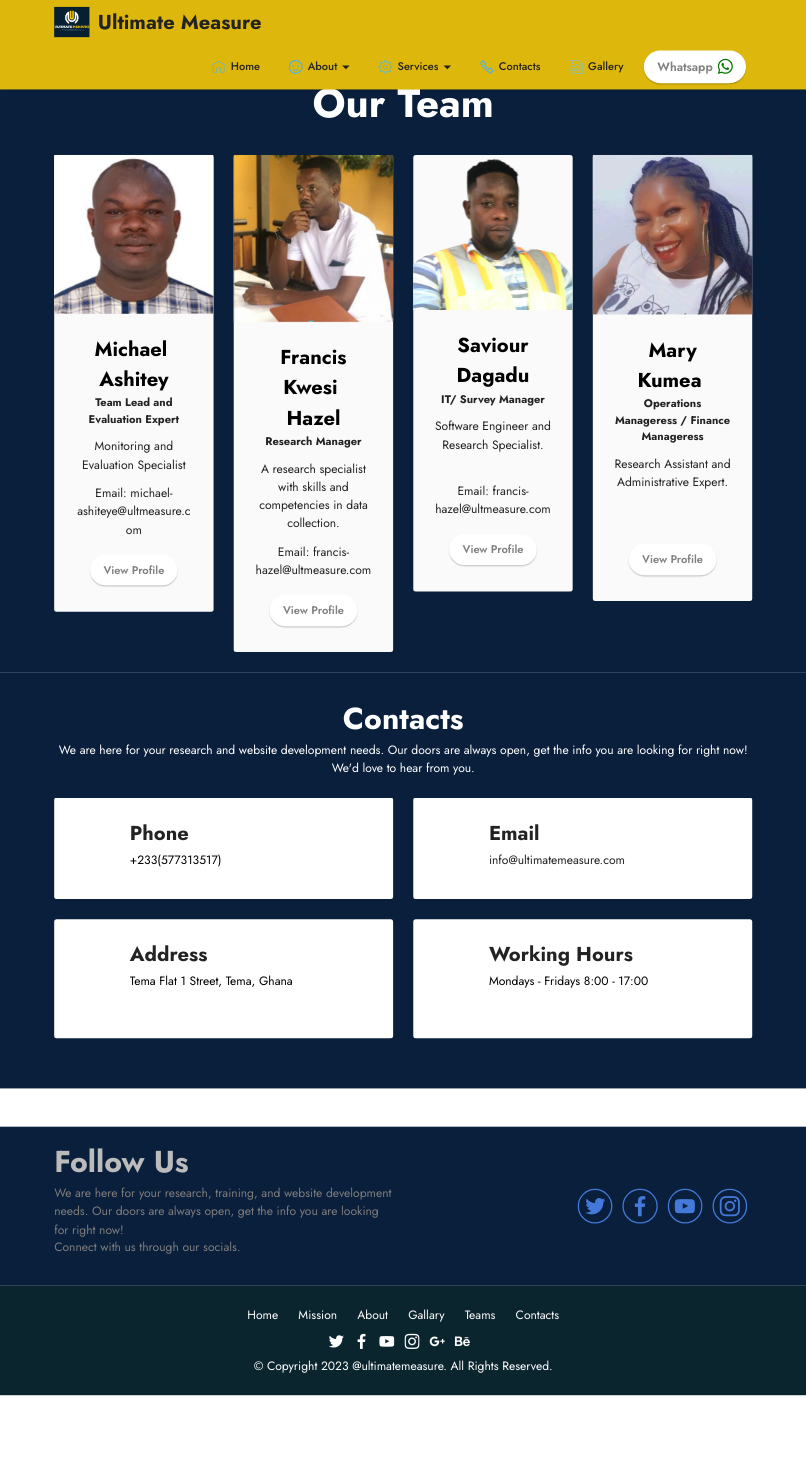
Repository: Saviour-Dagadu/ultMeasure
Page: page11.html
The author's editor kept a copy of each file at every save. The page is drawn from the files as they stood at one save, then again after the next save.
The browser window is 1280 px wide. The pictures show the whole page, at 63% of full size.

Above is the page before, as saved 2023-07-19 03:34:53.

### page11.html
<!DOCTYPE html>
<html  >
<head>
  <!-- Site made with Mobirise Website Builder v5.6.13, https://mobirise.com -->
  <meta charset="UTF-8">
  <meta http-equiv="X-UA-Compatible" content="IE=edge">
  <meta name="generator" content="Mobirise v5.6.13, mobirise.com">
  <meta name="twitter:card" content="summary_large_image"/>
  <meta name="twitter:image:src" content="assets/images/page11-meta.jpg">
  <meta property="og:image" content="assets/images/page11-meta.jpg">
  <meta name="twitter:title" content="ourTeam">
  <meta name="viewport" content="width=device-width, initial-scale=1, minimum-scale=1">
  <link rel="shortcut icon" href="assets/images/ultimate-logo-1.jpeg" type="image/x-icon">
  <meta name="description" content="">


  <title>ourTeam</title>
  <link rel="stylesheet" href="assets/web/assets/mobirise-icons2/mobirise2.css">
  <link rel="stylesheet" href="assets/web/assets/mobirise-icons/mobirise-icons.css">
  <link rel="stylesheet" href="assets/bootstrap/css/bootstrap.min.css">
  <link rel="stylesheet" href="assets/bootstrap/css/bootstrap-grid.min.css">
  <link rel="stylesheet" href="assets/bootstrap/css/bootstrap-reboot.min.css">
  <link rel="stylesheet" href="assets/animatecss/animate.css">
  <link rel="stylesheet" href="assets/dropdown/css/style.css">
  <link rel="stylesheet" href="assets/socicon/css/styles.css">
  <link rel="stylesheet" href="assets/theme/css/style.css">
  <link rel="preload" href="https://fonts.googleapis.com/css?family=Jost:100,200,300,400,500,600,700,800,900,100i,200i,300i,400i,500i,600i,700i,800i,900i&display=swap" as="style" onload="this.onload=null;this.rel='stylesheet'">
  <noscript><link rel="stylesheet" href="https://fonts.googleapis.com/css?family=Jost:100,200,300,400,500,600,700,800,900,100i,200i,300i,400i,500i,600i,700i,800i,900i&display=swap"></noscript>
  <link rel="preload" as="style" href="assets/mobirise/css/mbr-additional.css"><link rel="stylesheet" href="assets/mobirise/css/mbr-additional.css" type="text/css">




</head>
<body>

  <section data-bs-version="5.1" class="team1 cid-tyizsyTRnW" id="team1-2v">


    <br><br><br><br>
    <div class="container">
        <div class="row justify-content-center">
            <div class="col-12">
                <h3 class="mbr-section-title1 mbr-fonts-style align-center mb-5 display-1"><strong>Our Team</strong>
                </h3>

            </div>
            <div class="col-sm-6 col-lg-3">
                <div class="card-wrap">
                    <div class="image-wrap">
                        <img src="assets/images/michael-ashitey-2-413x531.jpeg" alt="Mobirise Website Builder">
                    </div>
                    <div class="content-wrap">
                        <h5 class="mbr-section-title card-title mbr-fonts-style align-center m-0 display-5"><strong>Michael&nbsp; Ashitey</strong></h5>
                        <h6 class="mbr-role mbr-fonts-style align-center mb-3 display-4"><strong>Team Lead and Evaluation Expert</strong></h6>
                        <p class="card-text mbr-fonts-style align-center display-7">Monitoring and Evaluation Specialist<br></p>
                        <p class="card-text mbr-fonts-style align-center display-7">Email: michael-ashiteye@ultmeasure.com<br></p>

                        <div class="mbr-section-btn card-btn align-center"><a class="btn btn-primary display-4" href="page1.html#team2-7">View
                                Profile</a></div>
                    </div>
                </div>
            </div>

            <div class="col-sm-6 col-lg-3">
                <div class="card-wrap">
                    <div class="image-wrap">
                        <img src="assets/images/5a183644-2759-44f6-8364-9d7925e9172f.jpg" alt="Mobirise Website Builder">
                    </div>
                    <div class="content-wrap">
                        <h5 class="mbr-section-title card-title mbr-fonts-style align-center m-0 display-5"><strong>Francis Kwesi&nbsp; Hazel</strong></h5>
                        <h6 class="mbr-role mbr-fonts-style align-center mb-3 display-4"><strong>Research Manager</strong></h6>
                        <p class="card-text mbr-fonts-style align-center display-7">A research specialist with skills and competencies in data collection.<br>
                        </p>
                        <p class="card-text mbr-fonts-style align-center display-7">Email: francis-hazel@ultmeasure.com<br></p>

                        <div class="mbr-section-btn card-btn align-center"><a class="btn btn-primary display-4" href="page3.html#team2-b">View
                                Profile</a></div>
                    </div>
                </div>
            </div>

            <div class="col-sm-6 col-lg-3">
                <div class="card-wrap">
                    <div class="image-wrap">
                        <img src="assets/images/savic-3.png" alt="Mobirise Website Builder">
                    </div>
                    <div class="content-wrap">
                        <h5 class="mbr-section-title card-title mbr-fonts-style align-center m-0 display-5"><strong>Saviour Dagadu</strong></h5>
                        <h6 class="mbr-role mbr-fonts-style align-center mb-3 display-4"><strong>IT/ Survey Manager</strong></h6>
                        <p class="card-text mbr-fonts-style align-center display-7">
                            Software Engineer and Research Specialist.<br><br>
                        </p>
                        <p class="card-text mbr-fonts-style align-center display-7">Email: francis-hazel@ultmeasure.com<br></p>

                        <div class="mbr-section-btn card-btn align-center"><a class="btn btn-primary display-4" href="page4.html#team2-e">View
                                Profile</a></div>
                    </div>
                </div>
            </div>

            <div class="col-sm-6 col-lg-3">
                <div class="card-wrap">
                    <div class="image-wrap">
                        <img src="assets/images/21c33b11-4f26-42b3-be18-20bef8bdf8b3.jpg" alt="Mobirise Website Builder">
                    </div>
                    <div class="content-wrap">
                        <h5 class="mbr-section-title card-title mbr-fonts-style align-center m-0 display-5"><strong>Mary Kumea&nbsp;</strong></h5>
                        <h6 class="mbr-role mbr-fonts-style align-center mb-3 display-4">
                            <strong>Operations Manageress / Finance Manageress</strong></h6>
                        <p class="card-text mbr-fonts-style align-center display-7">
                            Research Assistant and Administrative Expert.<br><br><br>
                        </p>

                        <div class="mbr-section-btn card-btn align-center"><a class="btn btn-primary display-4" href="page5.html#team2-h">View
                                Profile</a></div>
                    </div>
                </div>
            </div>
        </div>
    </div>
</section>

<section data-bs-version="5.1" class="contacts2 cid-tyizsCEZmS" id="contacts2-30">
    <!---->


    <div class="container">
        <div class="mbr-section-head">
            <h3 class="mbr-section-title mbr-fonts-style align-center mb-0 display-2">
                <strong>Contacts</strong>
            </h3>
            <h4 class="mbr-section-subtitle mbr-fonts-style align-center mb-0 mt-2 display-7">We are here for your research and website development needs. Our doors are always open, get the info you are looking for right now!<br>We'd love to hear from you.</h4>
        </div>
        <div class="row justify-content-center mt-4">
            <div class="card col-12 col-md-6">
                <div class="card-wrapper">
                    <div class="image-wrapper">
                        <span class="mbr-iconfont mobi-mbri-phone mobi-mbri"></span>
                    </div>
                    <div class="text-wrapper">
                        <h6 class="card-title mbr-fonts-style mb-1 display-5">
                            <strong>Phone</strong>
                        </h6>
                        <p class="mbr-text mbr-fonts-style display-7">+233(577313517)&nbsp;</p>
                    </div>
                </div>
            </div>
            <div class="card col-12 col-md-6">
                <div class="card-wrapper">
                    <div class="image-wrapper">
                        <span class="mbr-iconfont mobi-mbri-letter mobi-mbri"></span>
                    </div>
                    <div class="text-wrapper">
                        <h6 class="card-title mbr-fonts-style mb-1 display-5">
                            <strong>Email</strong>
                        </h6>
                        <p class="mbr-text mbr-fonts-style display-7">
                            <a href="mailto:info@site.com" class="text-black">info@ultimatemeasure.com</a>
                        </p>
                    </div>
                </div>
            </div>
            <div class="card col-12 col-md-6">
                <div class="card-wrapper">
                    <div class="image-wrapper">
                        <span class="mbr-iconfont mobi-mbri-globe mobi-mbri"></span>
                    </div>
                    <div class="text-wrapper">
                        <h6 class="card-title mbr-fonts-style mb-1 display-5">
                            <strong>Address</strong>
                        </h6>
                        <p class="mbr-text mbr-fonts-style display-7">Tema Flat 1 Street, Tema, Ghana</p>
                    </div>
                </div>
            </div>
            <div class="card col-12 col-md-6">
                <div class="card-wrapper">
                    <div class="image-wrapper">
                        <span class="mbr-iconfont mobi-mbri-bulleted-list mobi-mbri"></span>
                    </div>
                    <div class="text-wrapper">
                        <h6 class="card-title mbr-fonts-style mb-1 display-5">
                            <strong>Working Hours</strong>
                        </h6>
                        <p class="mbr-text mbr-fonts-style display-7">Mondays - Fridays 8:00 - 17:00<br><br></p>
                    </div>
                </div>
            </div>
        </div>
    </div>
</section>

<section data-bs-version="5.1" class="menu menu2 cid-tyiJ5LKivl" once="menu" id="menu2-3p">

    <nav class="navbar navbar-dropdown navbar-fixed-top navbar-expand-lg">
        <div class="container">
            <div class="navbar-brand">
                <span class="navbar-logo">
                    <a href="index.html#header14-1f">
                        <img src="assets/images/ultimate-logo-1.jpeg" alt="Mobirise Website Builder" style="height: 3rem;">
                    </a>
                </span>
                <span class="navbar-caption-wrap"><a class="navbar-caption text-black text-primary display-5" href="index.html#header14-1f">Ultimate Measure<br></a></span>
            </div>
            <button class="navbar-toggler" type="button" data-toggle="collapse" data-bs-toggle="collapse" data-target="#navbarSupportedContent" data-bs-target="#navbarSupportedContent" aria-controls="navbarNavAltMarkup" aria-expanded="false" aria-label="Toggle navigation">
                <div class="hamburger">
                    <span></span>
                    <span></span>
                    <span></span>
                    <span></span>
                </div>
            </button>
            <div class="collapse navbar-collapse" id="navbarSupportedContent">
                <ul class="navbar-nav nav-dropdown" data-app-modern-menu="true"><li class="nav-item"><a class="nav-link link text-black text-primary display-4" href="index.html#header14-1f"><span class="mbri-home mbr-iconfont mbr-iconfont-btn" style="color: rgb(71, 181, 237);"></span>Home</a></li>
                    <li class="nav-item dropdown"><a class="nav-link link text-black dropdown-toggle display-4" href="index.html#header14-1j" data-toggle="dropdown-submenu" data-bs-toggle="dropdown" data-bs-auto-close="outside" aria-expanded="false"><span class="mobi-mbri mobi-mbri-smile-face mbr-iconfont mbr-iconfont-btn" style="color: rgb(71, 181, 237);"></span>About</a><div class="dropdown-menu" aria-labelledby="dropdown-980"><a class="text-black dropdown-item text-primary display-4" href="page10.html">About Us</a><a class="text-black show dropdown-item text-primary display-4" href="page12.html">Mission</a><a class="text-black dropdown-item text-primary display-4" href="page12.html">Vission</a><a class="text-black show dropdown-item text-primary display-4" href="page11.html">Our Team</a></div></li>
                    <li class="nav-item dropdown"><a class="nav-link link text-black text-primary dropdown-toggle display-4" href="page6.html" data-toggle="dropdown-submenu" data-bs-toggle="dropdown" data-bs-auto-close="outside" aria-expanded="false"><span class="mbri-setting3 mbr-iconfont mbr-iconfont-btn" style="color: rgb(71, 181, 237);"></span>Services</a><div class="dropdown-menu" aria-labelledby="dropdown-109"><a class="text-black text-primary show dropdown-item display-4" href="page6.html">Our Services</a><a class="text-black text-primary dropdown-item display-4" href="page13.html">Training</a><a class="text-black text-primary show dropdown-item display-4" href="page13.html">Research</a></div></li><li class="nav-item"><a class="nav-link link text-black text-primary display-4" href="page7.html"><span class="mobi-mbri mobi-mbri-phone mbr-iconfont mbr-iconfont-btn" style="color: rgb(71, 181, 237);"></span>Contacts</a></li><li class="nav-item"><a class="nav-link link text-black text-primary display-4" href="page9.html"><span class="mbri-photos mbr-iconfont mbr-iconfont-btn" style="color: rgb(110, 199, 242);"></span>Gallery</a></li></ul>

                <div class="navbar-buttons mbr-section-btn"><a class="btn btn-primary display-7" href="https://wa.me/233577313517"><span class="socicon socicon-whatsapp mbr-iconfont mbr-iconfont-btn" style="color: rgb(10, 119, 5);"></span>Whatsapp</a></div>
            </div>
        </div>
    </nav>
</section>

<section data-bs-version="5.1" class="contacts4 cid-tyiT0qkMQG" id="contacts4-3r">





    <div class="container">
        <div class="row align-items-center justify-content-center">
            <div class="text-content col-12 col-md-6">
                <h2 class="mbr-section-title mbr-fonts-style display-2">
                    <strong>Follow Us</strong>
                </h2>
                <p class="mbr-text mbr-fonts-style display-7">We are here for your research, training, and website development needs. Our doors are always open, get the info you are looking for right now!
<br>Connect with us through our socials.<br></p>
            </div>
            <div class="icons d-flex align-items-center col-12 col-md-6 justify-content-end mt-md-0 mt-2 flex-wrap">
                <a href="https://twitter.com/ultmeasure" target="_blank">
                    <span class="mbr-iconfont mbr-iconfont-social socicon-twitter socicon"></span>
                </a>
                <a href="https://web.facebook.com/ultimatemeasure" target="_blank">
                    <span class="mbr-iconfont mbr-iconfont-social socicon-facebook socicon"></span>
                </a>
                <a href="https://www.youtube.com" target="_blank">
                    <span class="mbr-iconfont mbr-iconfont-social socicon-youtube socicon"></span>
                </a>
                <a href="https://instagram.com" target="_blank">
                    <span class="mbr-iconfont mbr-iconfont-social socicon-instagram socicon"></span>
                </a>






            </div>
        </div>
    </div>

</section>

<section data-bs-version="5.1" class="footer3 cid-tyiUsSvvE8" once="footers" id="footer3-3x">





    <div class="container-fluid">
        <div class="row align-center mbr-white">
            <div class="row row-links">
                <ul class="foot-menu">





                <li class="foot-menu-item mbr-fonts-style display-7"><a href="index.html#header14-1f" class="text-white text-primary">Home</a></li><li class="foot-menu-item mbr-fonts-style display-7"><a href="page12.html" class="text-primary">Mission</a></li><li class="foot-menu-item mbr-fonts-style display-7"><a href="page10.html" class="text-white text-primary">About</a></li><li class="foot-menu-item mbr-fonts-style display-7"><a href="page9.html" class="text-primary">Gallary</a></li><li class="foot-menu-item mbr-fonts-style display-7"><a href="page11.html" class="text-white text-primary">Teams</a></li><li class="foot-menu-item mbr-fonts-style display-7"><a href="page7.html" class="text-white text-primary">Contacts</a></li></ul>
            </div>
            <div class="row social-row">
                <div class="social-list align-right pb-2">






                <div class="soc-item">
                        <a href="https://twitter.com/ultmeasure" target="_blank">
                            <span class="mbr-iconfont mbr-iconfont-social socicon-twitter socicon"></span>
                        </a>
                    </div><div class="soc-item">
                        <a href="https://www.facebook.com" target="_blank">
                            <span class="mbr-iconfont mbr-iconfont-social socicon-facebook socicon"></span>
                        </a>
                    </div><div class="soc-item">
                        <a href="https://www.youtube.com" target="_blank">
                            <span class="mbr-iconfont mbr-iconfont-social socicon-youtube socicon"></span>
                        </a>
                    </div><div class="soc-item">
                        <a href="https://instagram.com" target="_blank">
                            <span class="mbr-iconfont mbr-iconfont-social socicon-instagram socicon"></span>
                        </a>
                    </div><div class="soc-item">
                        <a href="https://plus.google.com" target="_blank">
                            <span class="mbr-iconfont mbr-iconfont-social socicon-googleplus socicon"></span>
                        </a>
                    </div><div class="soc-item">
                        <a href="https://www.behance.net" target="_blank">
                            <span class="mbr-iconfont mbr-iconfont-social socicon-behance socicon"></span>
                        </a>
                    </div></div>
            </div>
            <div class="row row-copirayt">
                <p class="mbr-text mb-0 mbr-fonts-style mbr-white align-center display-7">
                    © Copyright 2023 @ultimatemeasure. All Rights Reserved.
                </p>
            </div>
        </div>
    </div>
</section><section class="display-7" style="padding: 0;align-items: center;justify-content: center;flex-wrap: wrap;    align-content: center;display: flex;position: relative;height: 4rem;"><a href="https://mobiri.se/2735054" style="flex: 1 1;height: 4rem;position: absolute;width: 100%;z-index: 1;"><img alt="" style="height: 4rem;" src="data:[embedded picture, 82 characters]"></a><p style="margin: 0;text-align: center;" class="display-7">&#8204;</p><a style="z-index:1" href="https://mobirise.com/offline-website-builder.html"></a></section><script src="assets/bootstrap/js/bootstrap.bundle.min.js"></script>  <script src="assets/smoothscroll/smooth-scroll.js"></script>  <script src="assets/ytplayer/index.js"></script>  <script src="assets/dropdown/js/navbar-dropdown.js"></script>  <script src="assets/sociallikes/social-likes.js"></script>  <script src="assets/theme/js/script.js"></script>


  <input name="animation" type="hidden">
  </body>
</html>

Loaded but not shown: assets/bootstrap/css/bootstrap.min.css (library); assets/bootstrap/css/bootstrap-grid.min.css (library); assets/bootstrap/css/bootstrap-reboot.min.css (library); assets/animatecss/animate.css (library); assets/mobirise/css/mbr-additional.css (library); assets/bootstrap/js/bootstrap.bundle.min.js (library); assets/smoothscroll/smooth-scroll.js (library); assets/ytplayer/index.js (library); assets/sociallikes/social-likes.js (library); assets/theme/js/script.js (library); assets/dropdown/js/navbar-dropdown.js (7 lines, source omitted); assets/socicon/css/styles.css (934 lines, source omitted); assets/theme/css/style.css (961 lines, source omitted); assets/web/assets/mobirise-icons2/mobirise2.css (498 lines, source omitted); assets/dropdown/css/style.css (263 lines, source omitted); assets/web/assets/mobirise-icons/mobirise-icons.css (477 lines, source omitted)

After the next save:
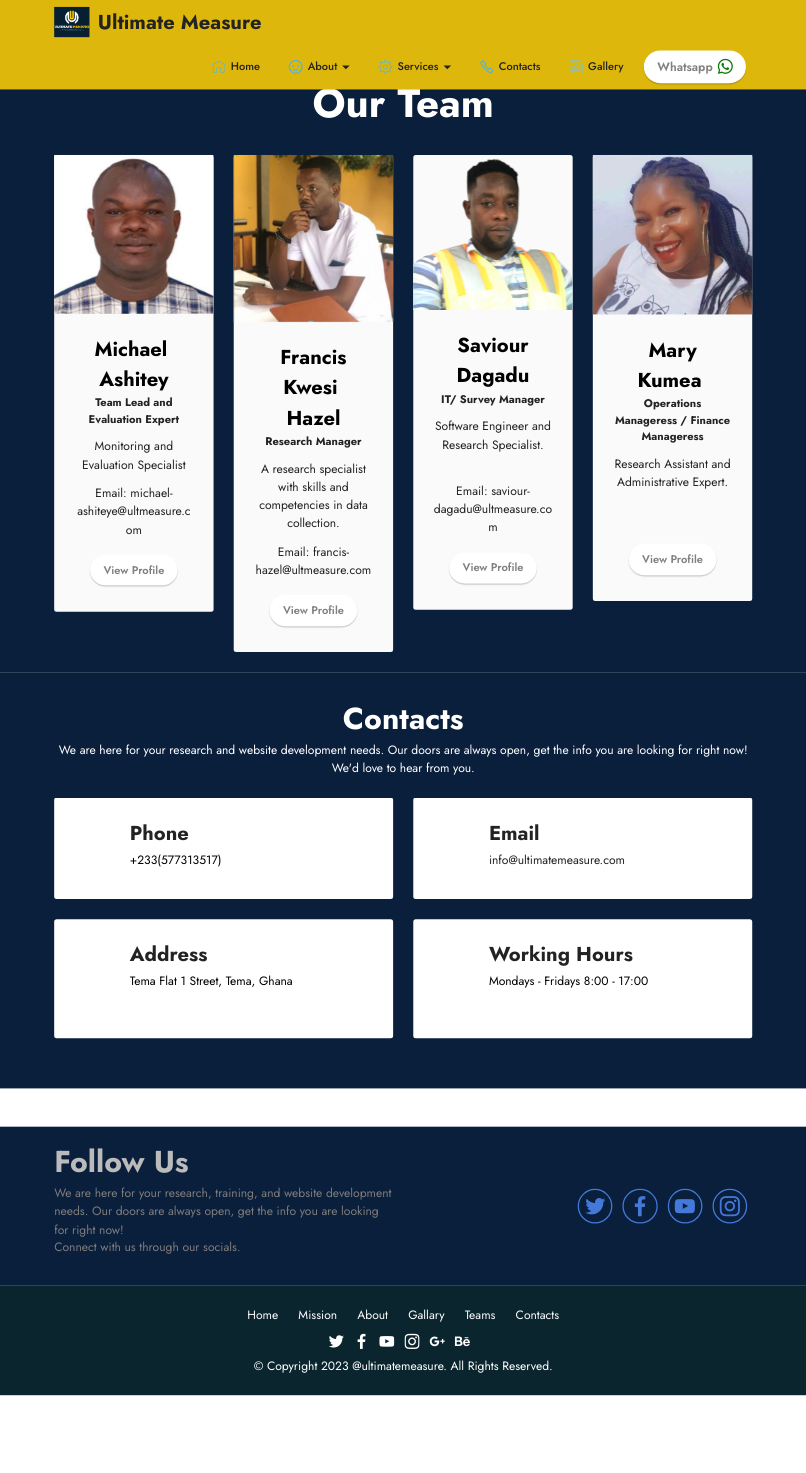
Saved 14 s later.
--- a/page11.html
+++ b/page11.html
@@ -91,7 +91,7 @@
                         <p class="card-text mbr-fonts-style align-center display-7">
                             Software Engineer and Research Specialist.<br><br>
                         </p>
-                        <p class="card-text mbr-fonts-style align-center display-7">Email: francis-hazel@ultmeasure.com<br></p>
+                        <p class="card-text mbr-fonts-style align-center display-7">Email: saviour-dagadu@ultmeasure.com<br></p>
 
                         <div class="mbr-section-btn card-btn align-center"><a class="btn btn-primary display-4" href="page4.html#team2-e">View
                                 Profile</a></div>
